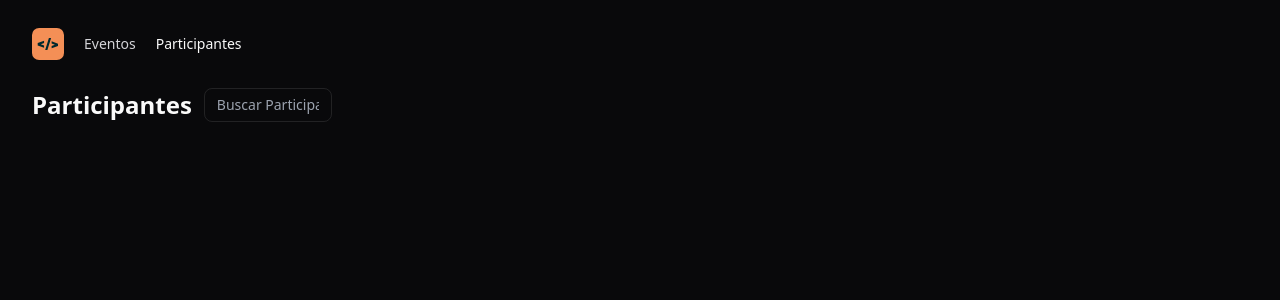
Repository: guilhermecardoso93/nlw-unite-react-2024
Page: /
These files come from the project's save history. The page is drawn as it stood at one moment and after the next save; the edit follows.
The browser window is 1280 px wide. The pictures show the whole page.
The project was rebuilt for these pictures with package versions that can differ from the ones it lists, and the page was loaded fresh each time. Also part of the build but not shown: vite.config.ts.

Above is the page before, as saved 2024-04-01 21:16:23.

After the next save:
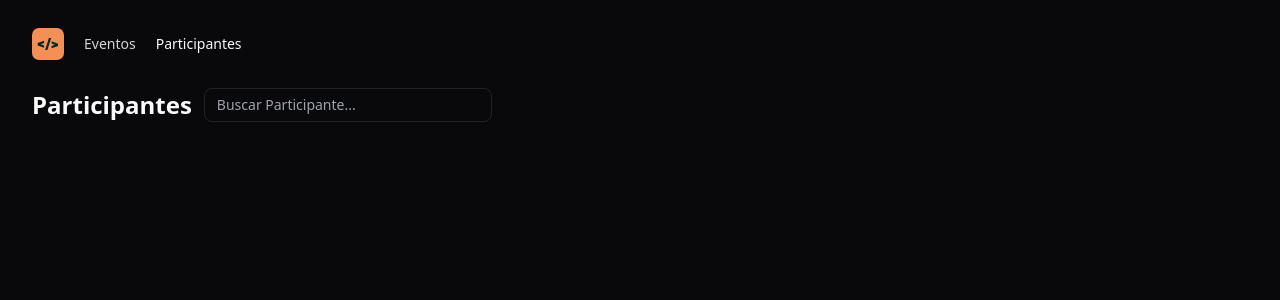
Saved 12 s later.
--- a/src/components/attendee-list.tsx
+++ b/src/components/attendee-list.tsx
@@ -2,7 +2,7 @@ export function AttendeeList() {
   return (
     <div className='flex gap-3 items-center'>
       <h1 className="text-2xl font-bold">Participantes</h1>
-      <input placeholder="Buscar Participante..." className="px-3 py-1.5 border border-white/10 bg-transparent rounded-lg text-sm w-32"/>
+      <input placeholder="Buscar Participante..." className="px-3 py-1.5 border border-white/10 bg-transparent rounded-lg text-sm w-72"/>
     </div>
   );
 }
